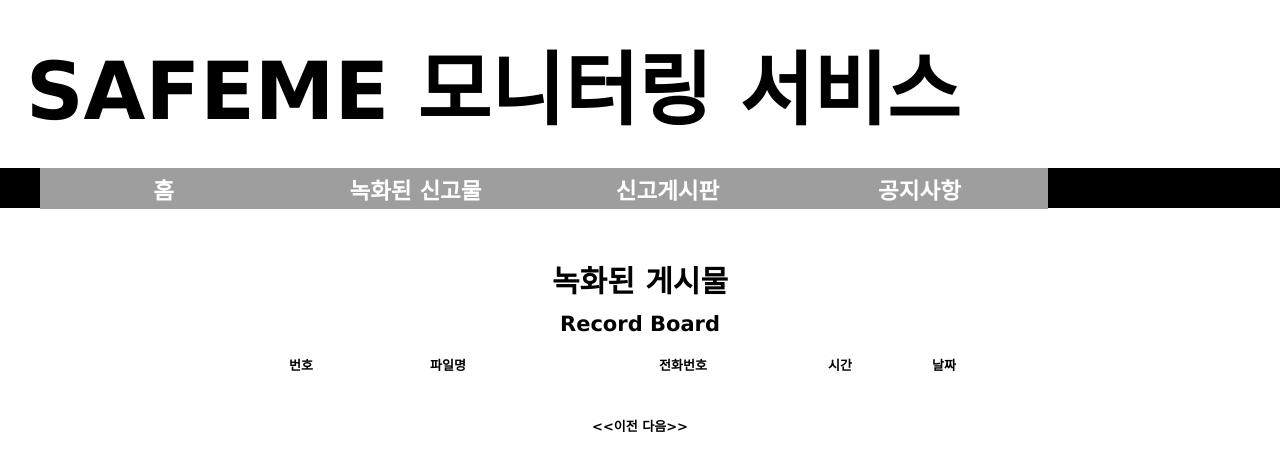
Repository: imdasom/SafeMe
Page: http://localhost/SafeMe/homepage/recordkesipan.jsp
An editor plug-in stored every save of this project. The page is shown before and after the next save, followed by the edit.
The browser window is 1280 px wide. The pictures show the whole page.
Pictures or frames that could not be fetched are drawn as grey boxes. The page is served by Tomcat 9. Queries for data that is not in the repository find no rows.

Above is the page before, as saved 2015-12-15 13:05:15.

### FinalSafeMeWeb/SafeMe/homepage/recordkesipan.jsp
<%@ page language="java" import="java.sql.*" contentType="text/html; charset=utf-8" pageEncoding="utf-8"%>
<html>
<head>
<jsp:include page="Home.jsp" flush="false" /></br></br>
<style>

</style>
<title>글 목록 보기</title>
</head>
<body bgcolor="white" text="black" link="blue" vlink="red" alink="red">
<p align="center"><br>
<div align="center"><h1>녹화된 게시물</h1>
<h1 style="font-size: 140%;">Record Board</h1>
<table border="0" cellpadding="0" cellspacing="0" width="700">
  	<tr style="background:#fof;">
        <td bgcolor="black"><table border="0" cellpadding="5" cellspacing="3" width="100%">
                <tr>
                    <th align="center" nowrap bgcolor="#FFFFFF"><p><font
                         size="2" color=black>번호</font></th>
                    <th width=250 align="center" nowrap bgcolor="#FFFFFF""><p><font
                         size="2" color=black>파일명</font></th>
                    <th width="200" align="center" nowrap bgcolor="#FFFFFF""><p><font
                         size="2" color=black>전화번호</font></th>
                    <th width="94" align="center" nowrap bgcolor="#FFFFFF""><p><font
                         size="2" color=black>시간</font></th>
                    <th width="94" align="center" nowrap bgcolor="#FFFFFF"><p><font
                         size="2" color=black>날짜</font></th>
                </tr>
<%
try {
	String b_date,b_time,b_phonenum,b_filename,b_loc_str,b_loc_lat,b_loc_lon;
        int b_id;

	int datacount=0;
        int pagecount;

      Class.forName("com.mysql.jdbc.Driver");
      Connection conn = DriverManager.getConnection("jdbc:mysql://localhost:3306/safemetest","root","test123");
      Statement stmt = conn.createStatement();

        ResultSet rs0=stmt.executeQuery("select count(id) from notify");

        if(rs0.next()) {
                datacount=rs0.getInt(1);
                rs0.close();
        }
        int pagesize=10;
        pagecount=datacount/(pagesize+1)+1;
        int mypage=1;
        int abpage=1;
        if(request.getParameter("mypage")!=null) {
                mypage=Integer.parseInt(request.getParameter("mypage"));
                abpage=(mypage-1)*pagesize+1;
		if(abpage <= 0 ) abpage=1;
        }

       ResultSet rs = stmt.executeQuery("select * from notify order by id desc");

	if(!rs.next()) {
		pagesize=0;
	} else {
		%>

		<%
		rs.absolute(abpage);
	}
	for(int k=1;k <= pagesize; k++) {
                b_id=rs.getInt(1);
                b_date=rs.getString(2);
                b_time=rs.getString(3);
                b_phonenum=rs.getString(4);
                b_filename=rs.getString(5);
                b_loc_str=rs.getString(6);
                b_loc_lat=rs.getString(7);
                b_loc_lon=rs.getString(8);
%>
                <tr>
                  <td align="center" bgcolor="#FFFFFF" ><p><font size="2"><%=b_id%></font></td>
                  <td width="364" align="left" bgcolor="#FFFFFF"><p><font
                       size="2">&nbsp;&nbsp;&nbsp;</font><a href="recordkesipan_view1.jsp?bid=<%=b_id%>"><font
                       size="2"><%=b_filename%></font></a></td>
                  <td width="94" align="center" nowrap bgcolor="#FFFFFF"><p><font
                       size="2"><%=b_phonenum%></font></td>
                  <td width="114" align="center" bgcolor="#FFFFFF"><p><font
                       size="2"><%=b_date%></font></td>
                  <td align="center" bgcolor="#FFFFFF" ><p><font size="2"><%=b_time%></font></td>
                </tr>
<%
		if(rs.getRow()==datacount){
			break;
		} else {
			rs.next();
		}
	}

	rs.close();
	stmt.close();
	conn.close();

%>
            </table></td>
 </tr>
</table></div><br>
<p align="center"><font size=2>
<%
        int gopage=1;
        if(mypage!=1) {
                gopage=mypage-1;
                out.println("<a href=recordkesipan.jsp?mypage="+gopage+"><<이전</a>  ");
        } else {
		out.println("<<이전");
	}
%>
<%
        if(mypage!=pagecount) {
                gopage=mypage+1;
                out.println("<a href=recordkesipan.jsp?mypage="+gopage+">다음>></a>  ");
        } else {
		out.println("다음>>");
	}
} catch (Exception e) {
	out.println(e);
}
%>

</font></p>
</body>
</html>

### FinalSafeMeWeb/SafeMe/homepage/Home.jsp
<%@ page language="java" contentType="text/html; charset=EUC-KR"
    pageEncoding="EUC-KR"%>
<!DOCTYPE html PUBLIC "-//W3C//DTD HTML 4.01 Transitional//EN" "http://www.w3.org/TR/html4/loose.dtd">
<html xmlns="http://www.w3.org/1999/xhtml">
                <head>
                        <meta http-equiv="Content-Type" content="text/html; charset=iso-8859-1" />
                        <title>대한민국 치안 방지 프로젝트</title>
                        <style type="text/css">
<!--
body{
	margin:0;
	padding:0;
	font: bold 15px/1.5em 맑은 고딕, Verdana, Arial, Helvetica, sans-serif;
	}
h2{
	font: bold 80px 맑은 고딕, Verdana, Arial, Helvetica, sans-serif;
	color: #000;
	margin: 26px;
	padding: 0px 0px 0px 0px;
	}

/*- Menu Tabs E--------------------------- */

    #tabsE {
      float:left;
      width:100%;
      background:#000;
      font-size:150%;
      line-height:normal;
      height: 40px;
      }
    #tabsE ul {
        margin:0;
        /* padding:10px 10px 0 50px; */
        list-style:none;
        text-align : center;
      }
    #tabsE li {
      display:inline;
      margin:0;
      padding:0;
      }
    #tabsE a {
      float:left;
      background:url("tableftE.gif") no-repeat left top;
      margin:0;
      padding:0 0 0 4px;
      text-decoration:none;
      width:20%;
      }
    #tabsE a span {
      float:left;
      display:block;
      background:url("tabrightE.gif") no-repeat right top;
      padding:5px 15px 4px 6px;
      color:#FFF;
      }
    /* Commented Backslash Hack hides rule from IE5-Mac \*/
    #tabsE a span {float:none;}
    /* End IE5-Mac hack */
    #tabsE a:hover span {
      color:#FFF;
      }
    #tabsE a:hover {
      background-position:0% -42px;
      }
    #tabsE a:hover span {
      background-position:100% -42px;
      }

        #tabsE #current a {
                background-position:0% -42px;
        }
        #tabsE #current a span {
                background-position:100% -42px;
        }
-->
/* 게시판 css */
table {
	border-collapse: collapse;
	border-bottom-color: #000;
	text-align:center;
}

tbody tr:first-child {
	color: #000;
	text-align:center;
}

thead {
	background-color: #f4f4f4; /* border-bottom:1px solid #f4f4f4; */
}

tbody tr:hover {
	cursor: pointer;
}

tbody tr{
	background: #f0f;
}

</style>
                </head>

                <body>

                        <h2>SAFEME 모니터링 서비스</h2>
                        <div id="tabsE">
                                <ul>
                                        <!-- CSS Tabs -->
<li><a href="HomeImage.jsp"><span>홈</span></a></li>
<li><a href="recordkesipan.jsp"><span>녹화된 신고물</span></a></li>
<li><a href="sinkokyesipan.jsp"><span>신고게시판</span></a></li>
<li><a href="list1.jsp"><span>공지사항</span></a></li>

                                </ul>
                        </div>

                </body>

</html>

After the next save:
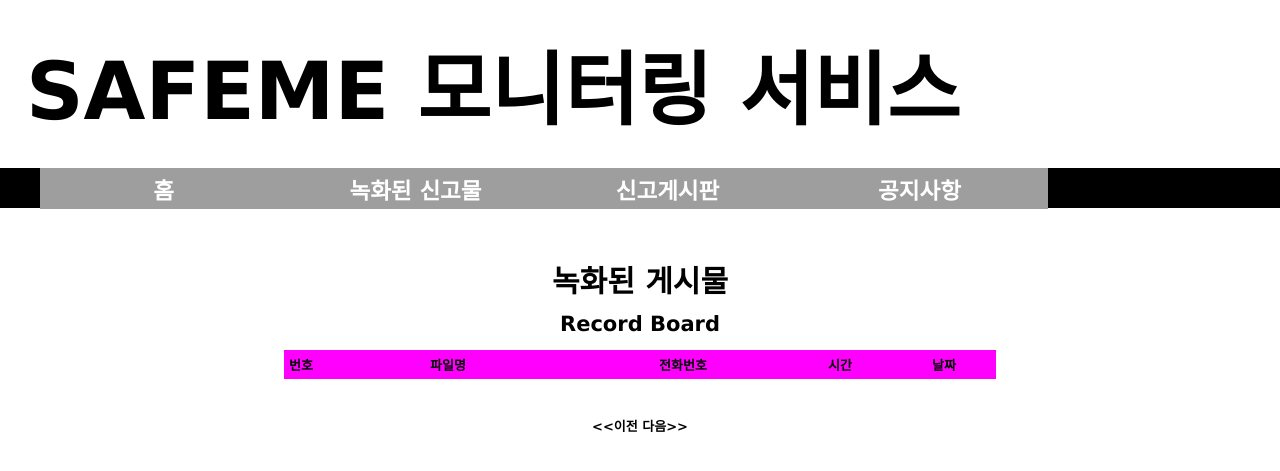
Saved 62 s later.
--- a/FinalSafeMeWeb/SafeMe/homepage/Home.jsp
+++ b/FinalSafeMeWeb/SafeMe/homepage/Home.jsp
@@ -95,7 +95,7 @@
 	cursor: pointer;
 }
 
-tbody tr{
+tbody tr:first-child th{
 	background: #f0f;
 }
 

After the save that followed:
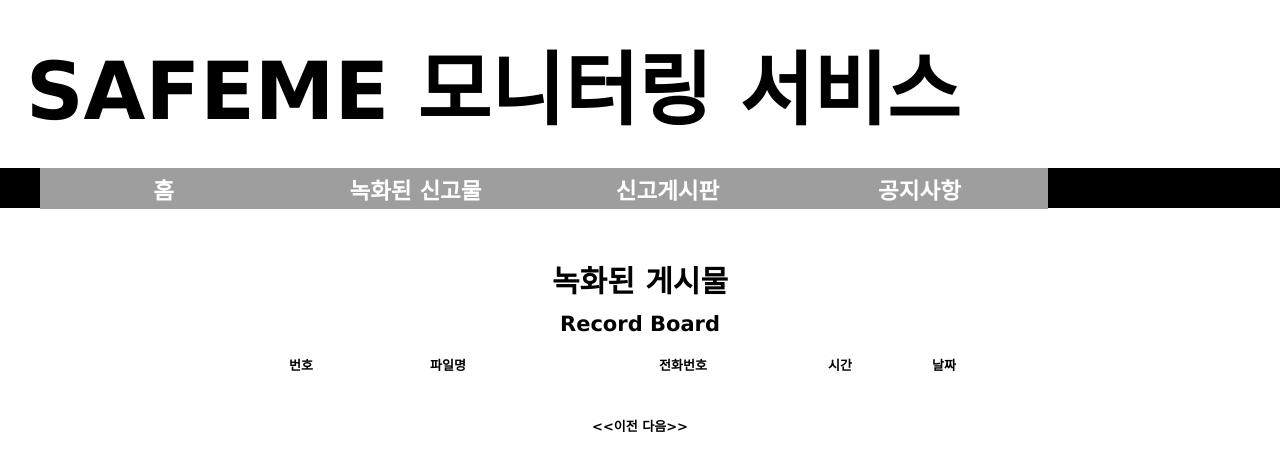
Saved 56 s later.
--- a/FinalSafeMeWeb/SafeMe/homepage/Home.jsp
+++ b/FinalSafeMeWeb/SafeMe/homepage/Home.jsp
@@ -96,7 +96,7 @@
 }
 
 tbody tr:first-child th{
-	background: #f0f;
+	background: #fff;
 }
 
 </style>
